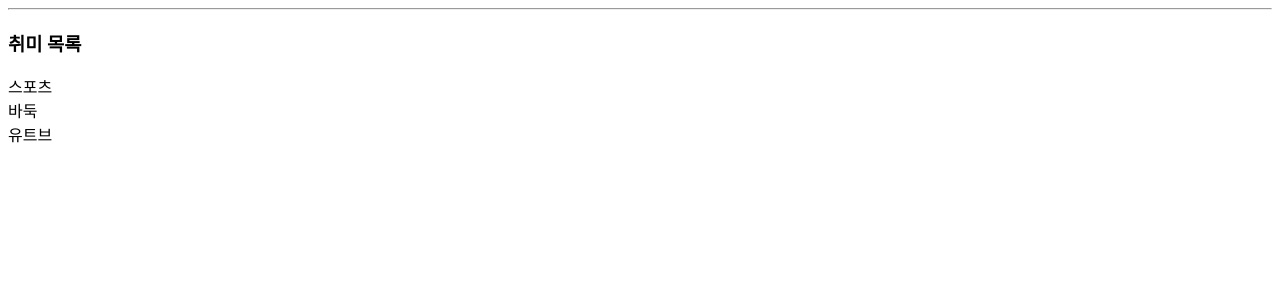
Repository: hyewoon/web
Page: http://localhost/servlet04/array/array_data.jsp
These files come from the project's save history. The page is drawn as it stood at one moment and after the next save; the edit follows.
The browser window is 1280 px wide. The pictures show the whole page.
The page is served by Tomcat 9. Other server files are loaded and not shown.

Above is the page before, as saved 2022-11-17 06:41:50.

### servlet04/src/main/webapp/array/array_data.jsp
<%@ page language="java" contentType="text/html; charset=UTF-8"
    pageEncoding="UTF-8"%>
<!DOCTYPE html>
<html>
<head>
<meta charset="UTF-8">
<title>Insert title here</title>
</head>
<body>
<div> <a href = '../'>홈으로</a>  </div>
<hr>
<h3>배열, 자료구조</h3>
<%
String[] hobby= {"스포츠", "바둑", "유트브"};
request.setAttribute("hobby", hobby);

request.getRequestDispatcher("array_result.jsp").forward(request, response);
%>

</body>
</html>

### servlet04/src/main/webapp/array/array_result.jsp
<%@ page language="java" contentType="text/html; charset=UTF-8"
    pageEncoding="UTF-8"%>
<!DOCTYPE html>
<html>
<head>
<meta charset="UTF-8">
<title>Insert title here</title>
</head>
<body>
<div> <a></a> </div>
<hr>
<h3>취미 목록</h3>
<div>${hobby[0]}</div>
<div>${hobby[1]}</div>
<div>${hobby[2]}</div>
</body>
</html>

After the next save:
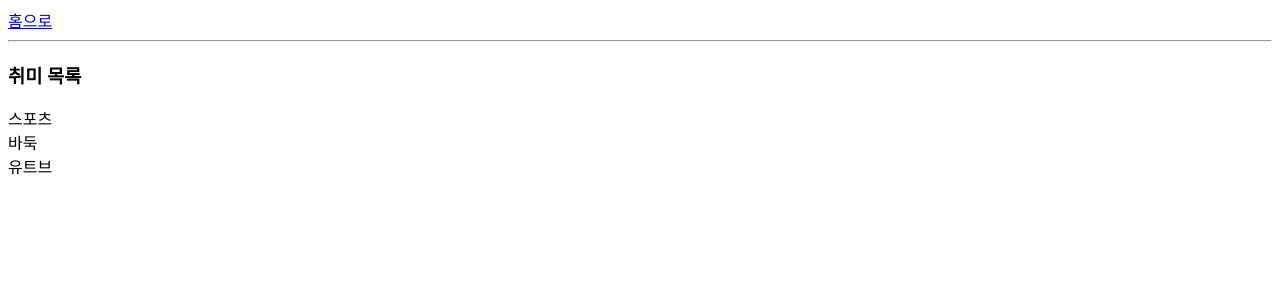
Saved 14 s later.
--- a/servlet04/src/main/webapp/array/array_result.jsp
+++ b/servlet04/src/main/webapp/array/array_result.jsp
@@ -7,7 +7,7 @@
 <title>Insert title here</title>
 </head>
 <body>
-<div> <a></a> </div>
+<div> <a href = '../'>홈으로</a> </div>
 <hr>
 <h3>취미 목록</h3>
 <div>${hobby[0]}</div>
